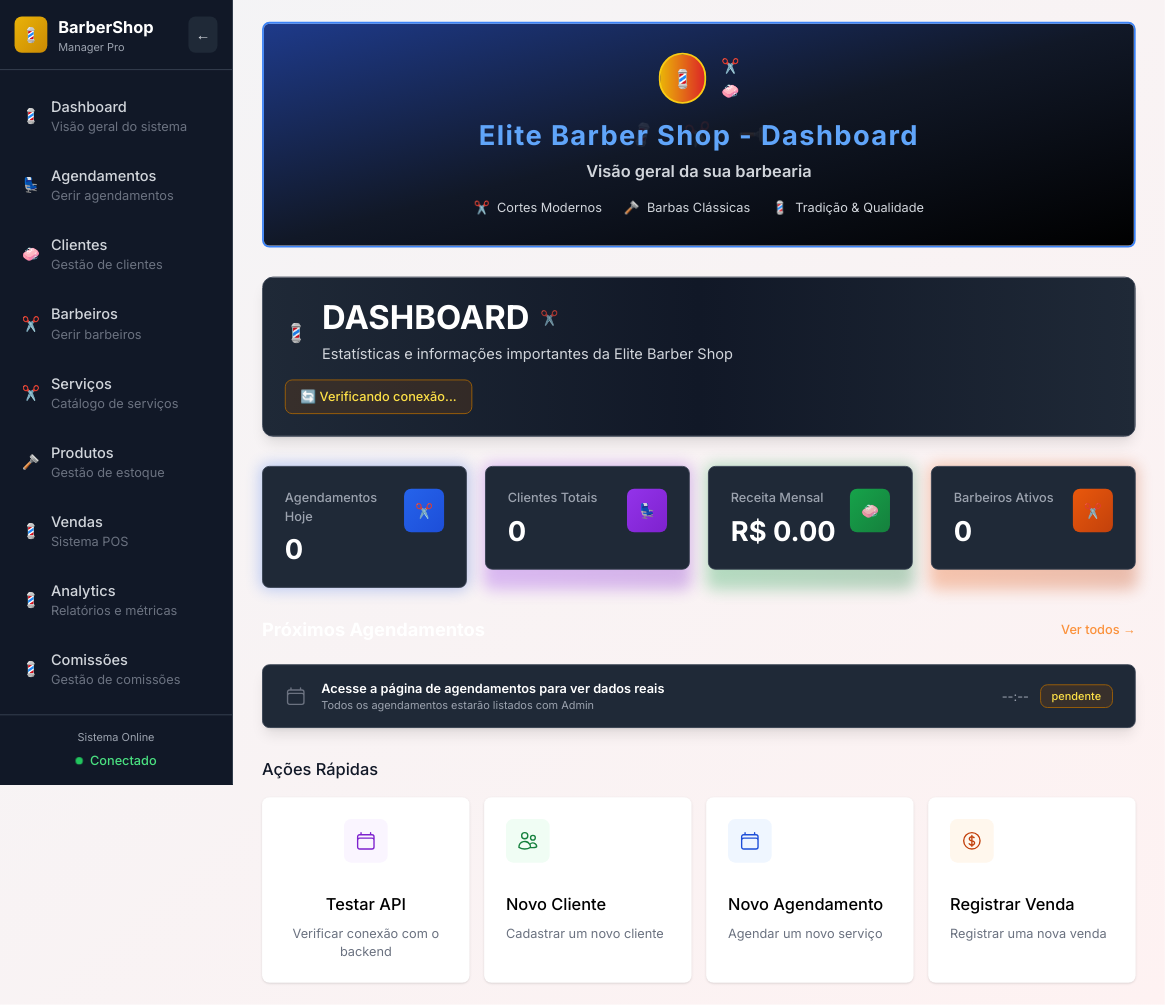
Repository: MichelAlmeida1990/App-Barber-
Page: /admin (app in frontend/)
These files come from the project's save history. The page is drawn as it stood at one moment and after the next save; the edit follows.
The browser window is 1280 px wide. The pictures show the whole page, at 91% of full size.
The project was rebuilt for these pictures with package versions that can differ from the ones it lists, and the page was loaded fresh each time. The framework's server and built-in components were replaced by stand-ins that run in the browser. Also part of the build but not shown: frontend/next.config.js, frontend/next.config.ts.

Above is the page before, as saved 2026-02-11 17:37:02.

After the next save:
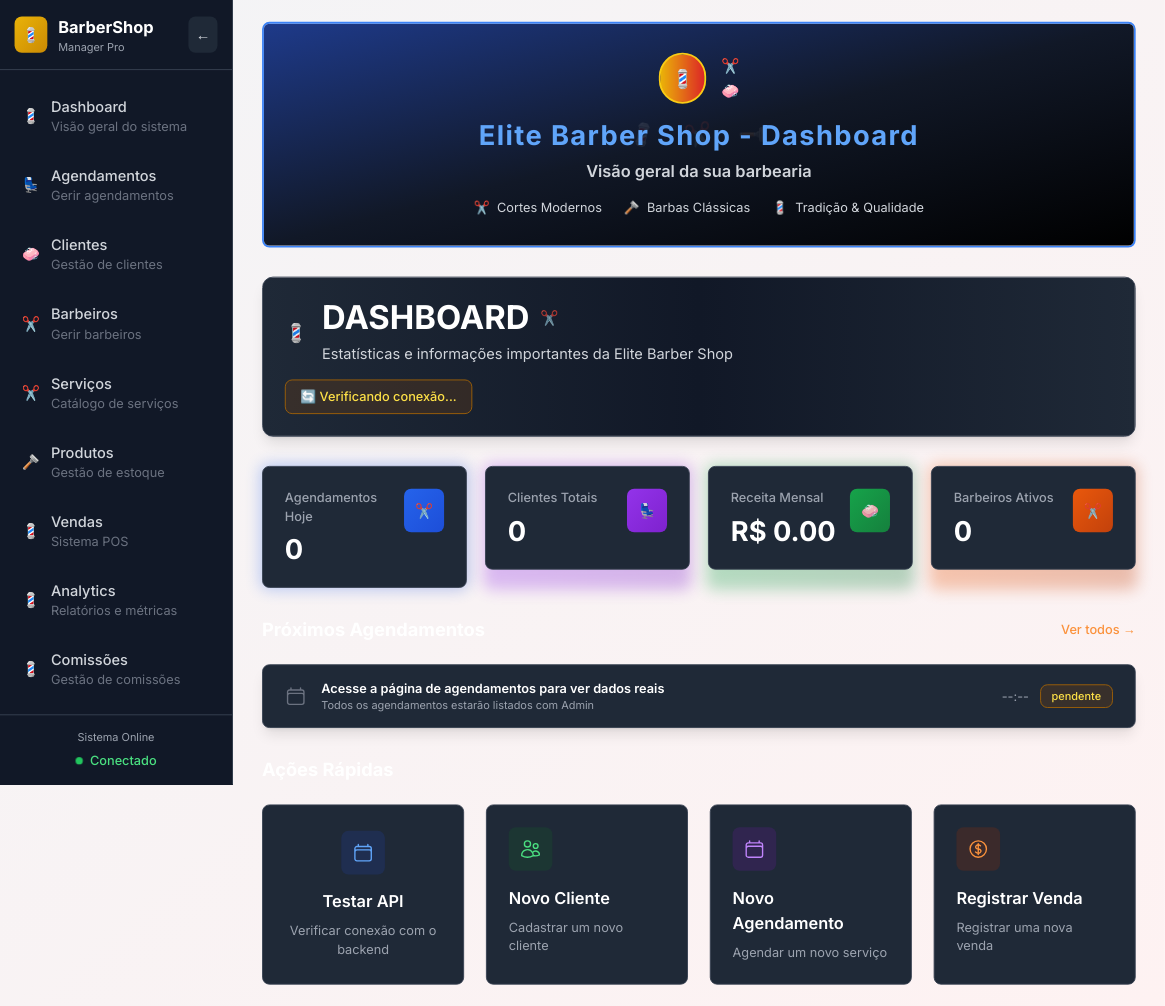
Saved 36 s later.
--- a/frontend/src/app/admin/page.tsx
+++ b/frontend/src/app/admin/page.tsx
@@ -418,80 +418,85 @@ export default function AdminDashboard() {
       </div>
 
       {/* Ações Rápidas */}
-      <div className="mt-6 sm:mt-8">
-        <h2 className="text-base sm:text-lg font-medium text-gray-900 mb-3 sm:mb-4">Ações Rápidas</h2>
-        <div className="grid grid-cols-1 gap-3 sm:gap-4 sm:grid-cols-2 lg:grid-cols-4">
+      <div>
+        <h2 className="text-xl font-bold text-white mb-6">Ações Rápidas</h2>
+        <div className="grid grid-cols-1 gap-6 sm:grid-cols-2 lg:grid-cols-4">
           <button
             onClick={testApiConnection}
             disabled={loading}
-            className="relative group bg-white p-6 focus-within:ring-2 focus-within:ring-inset focus-within:ring-indigo-500 rounded-lg shadow hover:shadow-md transition-shadow disabled:opacity-50"
+            className="relative group bg-gray-800 border border-gray-700 hover:border-gray-600 p-6 rounded-lg transition-all duration-300 disabled:opacity-50 hover:bg-gray-750"
           >
             <div>
-              <span className="rounded-lg inline-flex p-3 bg-purple-50 text-purple-700 ring-4 ring-white">
+              <span className="rounded-lg inline-flex p-3 bg-blue-900/30 text-blue-400">
                 <CalendarIcon className="h-6 w-6" aria-hidden="true" />
               </span>
             </div>
-            <div className="mt-8">
-              <h3 className="text-lg font-medium">
-                <span className="absolute inset-0" aria-hidden="true" />
+            <div className="mt-4">
+              <h3 className="text-lg font-semibold text-white">
                 {loading ? 'Testando...' : 'Testar API'}
               </h3>
-              <p className="mt-2 text-sm text-gray-500">
+              <p className="mt-2 text-sm text-gray-400">
                 Verificar conexão com o backend
               </p>
             </div>
           </button>
 
-          <div className="relative group bg-white p-6 focus-within:ring-2 focus-within:ring-inset focus-within:ring-indigo-500 rounded-lg shadow hover:shadow-md transition-shadow">
+          <Link
+            href="/admin/clients"
+            className="relative group bg-gray-800 border border-gray-700 hover:border-gray-600 p-6 rounded-lg transition-all duration-300 hover:bg-gray-750"
+          >
             <div>
-              <span className="rounded-lg inline-flex p-3 bg-green-50 text-green-700 ring-4 ring-white">
+              <span className="rounded-lg inline-flex p-3 bg-green-900/30 text-green-400">
                 <UsersIcon className="h-6 w-6" aria-hidden="true" />
               </span>
             </div>
-            <div className="mt-8">
-              <h3 className="text-lg font-medium">
-                <span className="absolute inset-0" aria-hidden="true" />
+            <div className="mt-4">
+              <h3 className="text-lg font-semibold text-white">
                 Novo Cliente
               </h3>
-              <p className="mt-2 text-sm text-gray-500">
+              <p className="mt-2 text-sm text-gray-400">
                 Cadastrar um novo cliente
               </p>
             </div>
-          </div>
-
-          <div className="relative group bg-white p-6 focus-within:ring-2 focus-within:ring-inset focus-within:ring-indigo-500 rounded-lg shadow hover:shadow-md transition-shadow">
+          </Link>
+
+          <Link
+            href="/admin/appointments"
+            className="relative group bg-gray-800 border border-gray-700 hover:border-gray-600 p-6 rounded-lg transition-all duration-300 hover:bg-gray-750"
+          >
             <div>
-              <span className="rounded-lg inline-flex p-3 bg-blue-50 text-blue-700 ring-4 ring-white">
+              <span className="rounded-lg inline-flex p-3 bg-purple-900/30 text-purple-400">
                 <CalendarIcon className="h-6 w-6" aria-hidden="true" />
               </span>
             </div>
-            <div className="mt-8">
-              <h3 className="text-lg font-medium">
-                <span className="absolute inset-0" aria-hidden="true" />
+            <div className="mt-4">
+              <h3 className="text-lg font-semibold text-white">
                 Novo Agendamento
               </h3>
-              <p className="mt-2 text-sm text-gray-500">
+              <p className="mt-2 text-sm text-gray-400">
                 Agendar um novo serviço
               </p>
             </div>
-          </div>
-
-          <div className="relative group bg-white p-6 focus-within:ring-2 focus-within:ring-inset focus-within:ring-indigo-500 rounded-lg shadow hover:shadow-md transition-shadow">
+          </Link>
+
+          <Link
+            href="/admin/sales"
+            className="relative group bg-gray-800 border border-gray-700 hover:border-gray-600 p-6 rounded-lg transition-all duration-300 hover:bg-gray-750"
+          >
             <div>
-              <span className="rounded-lg inline-flex p-3 bg-orange-50 text-orange-700 ring-4 ring-white">
+              <span className="rounded-lg inline-flex p-3 bg-orange-900/30 text-orange-400">
                 <CurrencyDollarIcon className="h-6 w-6" aria-hidden="true" />
               </span>
             </div>
-            <div className="mt-8">
-              <h3 className="text-lg font-medium">
-                <span className="absolute inset-0" aria-hidden="true" />
+            <div className="mt-4">
+              <h3 className="text-lg font-semibold text-white">
                 Registrar Venda
               </h3>
-              <p className="mt-2 text-sm text-gray-500">
+              <p className="mt-2 text-sm text-gray-400">
                 Registrar uma nova venda
               </p>
             </div>
-          </div>
+          </Link>
         </div>
       </div>
     </AdminLayout>
